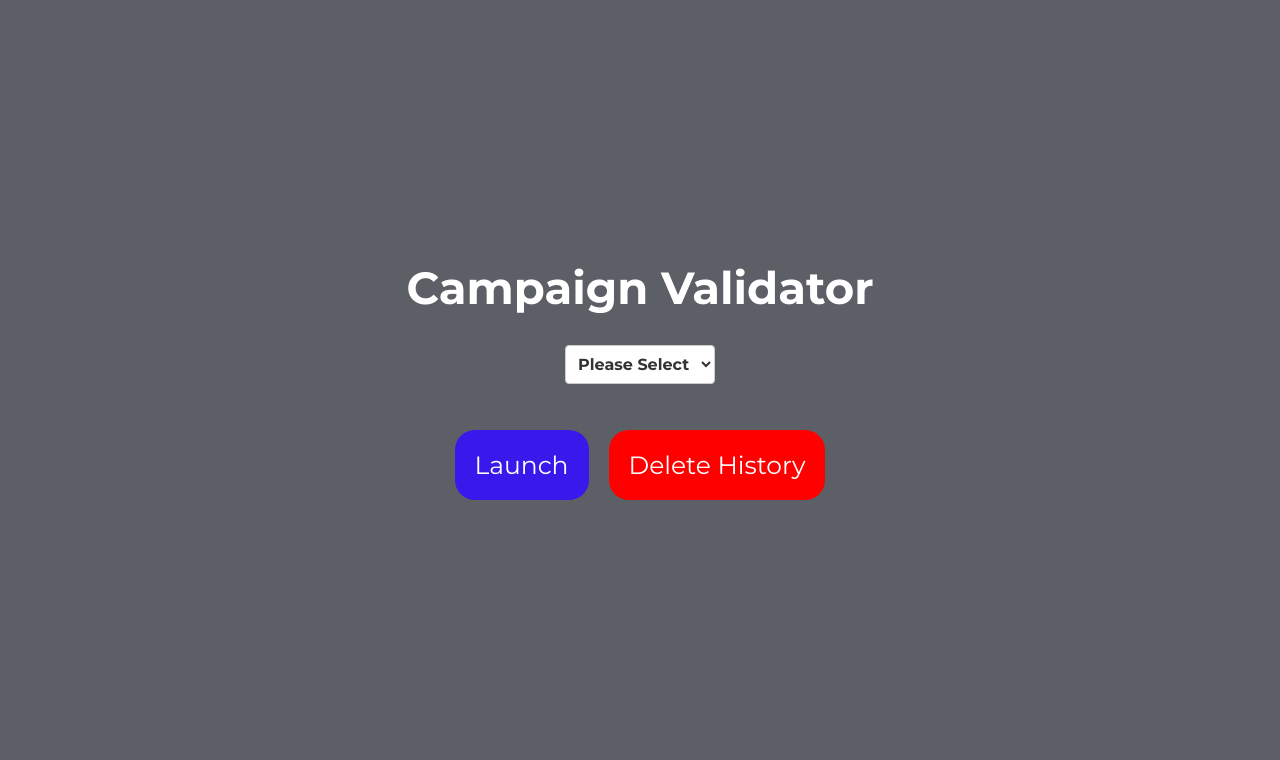
Repository: AbApin/project
Page: / (app in frontend/)
These files come from the project's save history. The page is drawn as it stood at one moment and after the next save; the edit follows.
The browser window is 1280 px wide. The pictures show the whole page.
The page's requests for data from a server got no answer. The project was rebuilt for these pictures with package versions that can differ from the ones it lists, and the page was loaded fresh each time. No one was signed in, and anything a server would have sent is missing. Also part of the build but not shown: frontend/vue.config.js.

Above is the page before, as saved 2023-02-22 13:24:20.

After the next save:
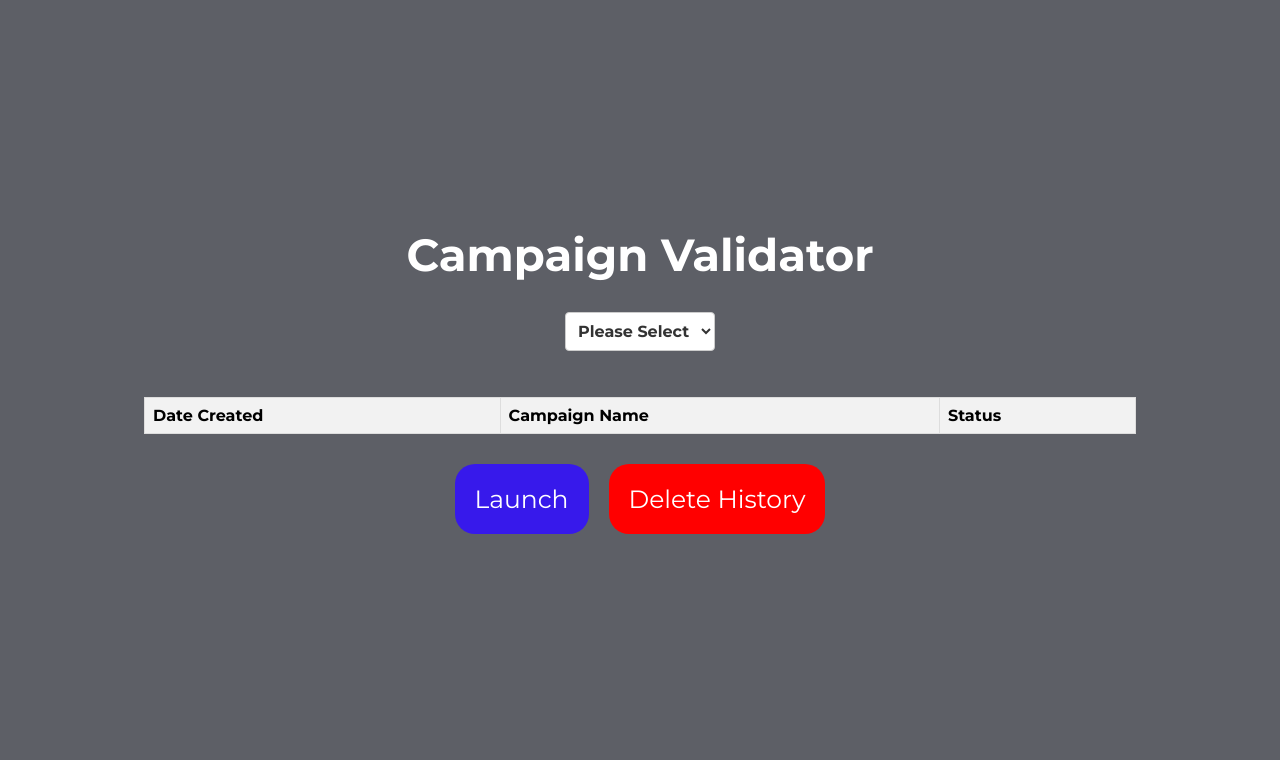
Saved 6 s later.
--- a/frontend/src/App.vue
+++ b/frontend/src/App.vue
@@ -2,7 +2,7 @@
   <div id="app">
     <h1 class="appTitle">Campaign Validator</h1>
     <CampaignList @selected-campaign="handleCampaignSelected" />
-    <history-table
+    <HistoryTable />
     <div class="btnsContainer">
       <button class="launchBtn" @click="createTest">launch</button>
       <button class="deleteBtn" @click="deleteHistory">delete history</button>
